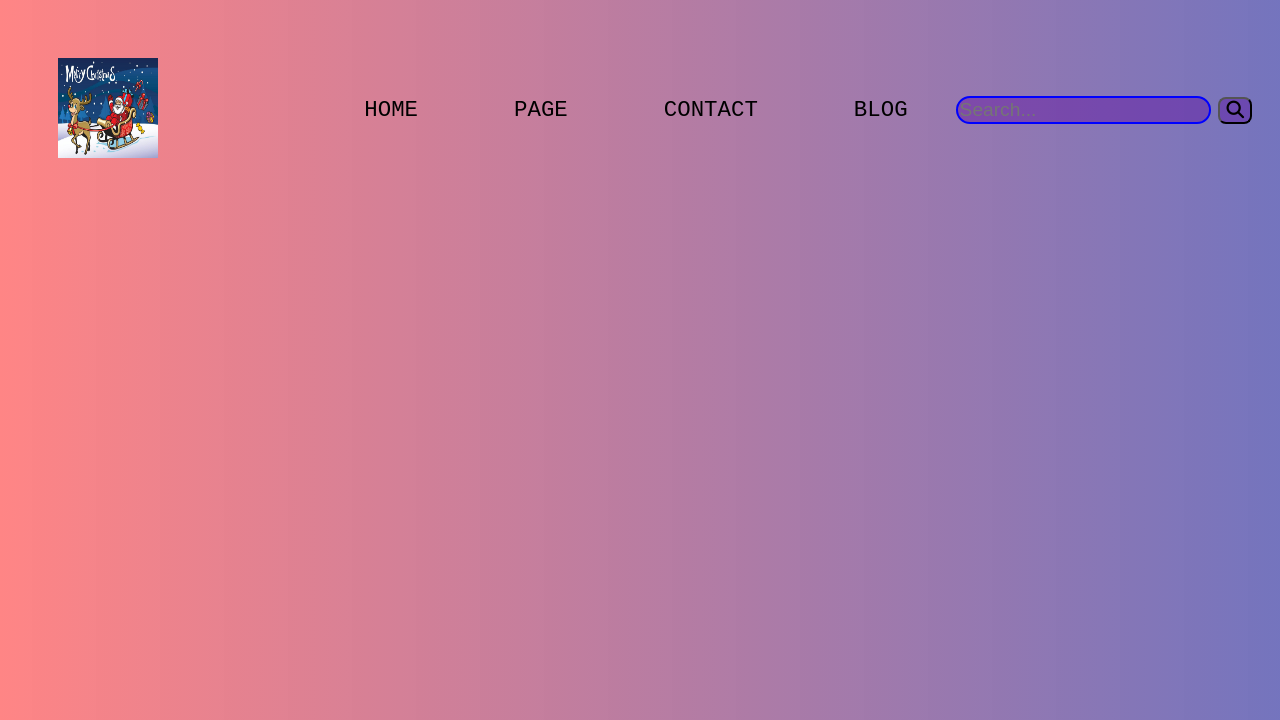
Repository: 16-Doffy/FE-UI
Page: menu/index.html
These files come from the project's save history. The page is drawn as it stood at one moment and after the next save; the edit follows.
The browser window is 1280 px wide. The pictures show the whole page.

Above is the page before, as saved 2024-12-23 18:21:39.

After the next save:
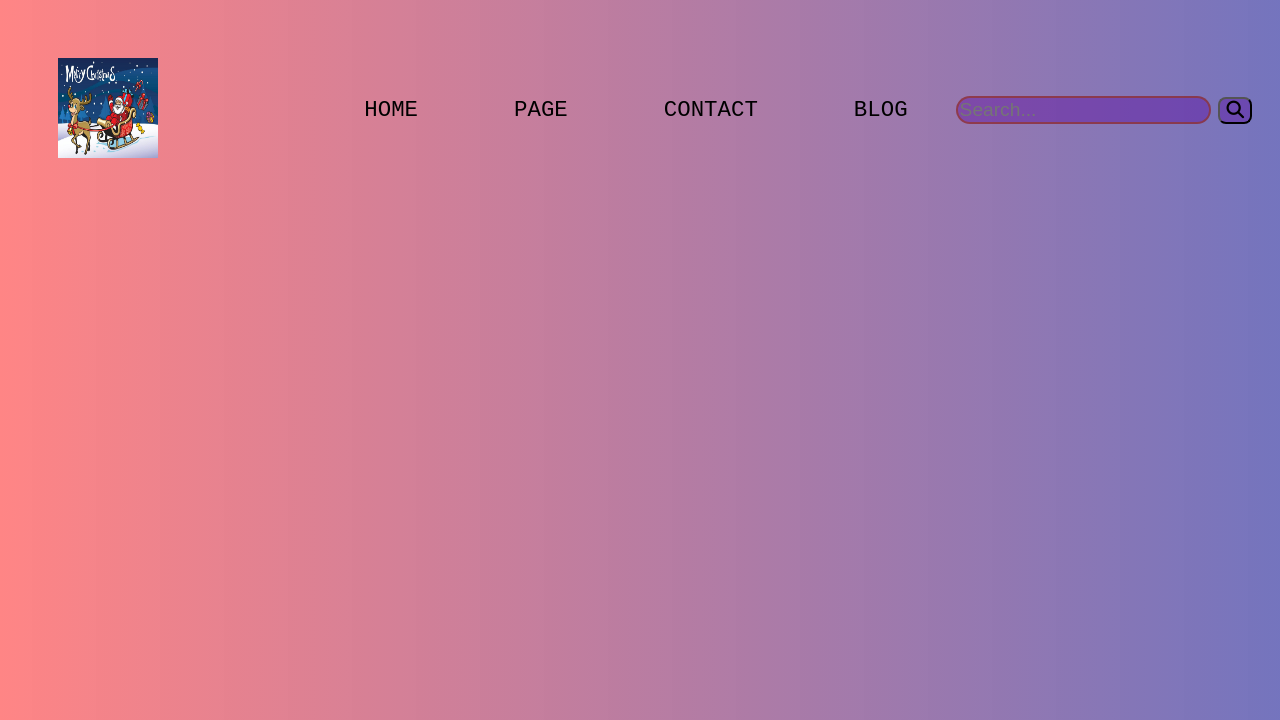
Saved 27 s later.
--- a/menu/index.html
+++ b/menu/index.html
@@ -63,7 +63,7 @@
                 <li class="menu-item"><a href="" class="menu-link">contact</a></li>
                 <li class="menu-item"><a href="" class="menu-link">blog</a></li>
                 <div class="search-bar" >
-                    <input type="text" placeholder="Search..." style="font-size: 1.2rem; border-radius: 20px; border: 2px solid blue; background: rgba(88, 2, 158, 0.39); color: rgb(253, 248, 248);">
+                    <input type="text" placeholder="Search..." style="font-size: 1.2rem; border-radius: 20px; border: 2px solid rgba(156, 48, 5, 0.555); background: rgba(88, 2, 158, 0.39); color: rgb(253, 248, 248);">
                     <button class="search-btn" style="font-size: 1.1rem;border-radius: 8px  ;background-color: rgba(88, 2, 158, 0.39);"><i class="fas fa-search"; ></i></button>
                 </div>
             </ul>
